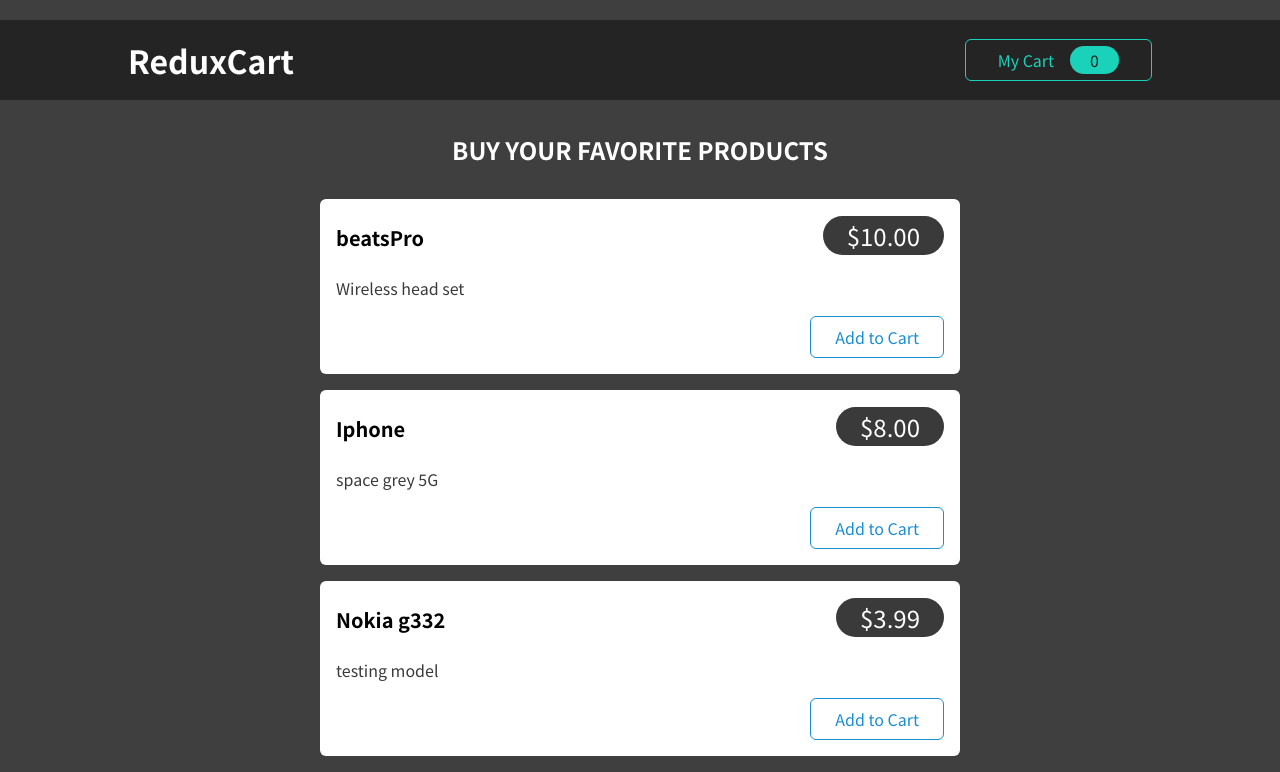
Repository: NamalPathirana/Redux-two-async
Page: /
An editor plug-in stored every save of this project. The page is shown before and after the next save, followed by the edit.
The browser window is 1280 px wide. The pictures show the whole page.
The page's requests for data from a server got no answer. The project was rebuilt for these pictures with package versions that can differ from the ones it lists, and the page was loaded fresh each time. No one was signed in, and anything a server would have sent is missing. Also part of the build but not shown: src/components/Cart/Cart.module.css, src/components/Cart/CartItem.module.css, src/components/Cart/CartItem.js, src/components/Cart/Cart.js.

Above is the page before, as saved 2022-04-14 23:42:00.

### src/index.js
import ReactDOM from 'react-dom/client';

import './index.css';
import App from './App';
import { Provider } from 'react-redux';
import store from './store/store';



const root = ReactDOM.createRoot(document.getElementById('root'));
root.render(<Provider store={store}><App /></Provider>);

### src/App.js
import Cart from "./components/Cart/Cart";
import Layout from "./components/Layout/Layout";
import Products from "./components/Shop/Products";
import { useSelector } from "react-redux";
import { Fragment, useEffect } from "react";
import Notification from "./components/UI/Notification";

function App() {
  const cart = useSelector((state) => {
    return state.cart;
  });

  const isVisible = useSelector((state) => state.ui.cartIsVisible);

  useEffect(() => {
    fetch(
      "https://react-http-demo-87b25-default-rtdb.firebaseio.com/cart.json",
      {
        method: "PUT",
        body: JSON.stringify(cart),
      }
    );
  }, [cart]);

  return (
    <Fragment>
      <Notification></Notification>
      <Layout>
        {isVisible && <Cart />}
        <Products />
      </Layout>
    </Fragment>
  );
}

export default App;

### src/store/store.js
import { configureStore } from "@reduxjs/toolkit";
import cartSlice from "./cart";
import UISlice from "./ui-slice";

const store = configureStore({
  reducer: {
    cart: cartSlice,
    ui: UISlice,
  },
});

export default store;

### src/components/Shop/Products.js
import ProductItem from "./ProductItem";
import classes from "./Products.module.css";
import { cartActions } from "../../store/cart";
import { useDispatch, useSelector } from "react-redux";

const Products = (props) => {
  const dispatch = useDispatch();

  const cartItems = useSelector((state) => state.cart.items);

  const productList = [
    {
      id: 1,
      name: "beatsPro",
      description: "Wireless head set",
      price: 10,
    },
    {
      id: 2,
      name: "Iphone",
      description: "space grey 5G",
      price: 8,
    },
    {
      id: 3,
      name: "Nokia g332",
      description: "testing model",
      price: 3.99,
    },
  ];

  const onClickHandler = (id) => {

    const clickedItem = productList.filter((item)=>{ return item.id===id});

    dispatch(
      cartActions.addItemToCart({
        item: {
          id: id,
          name:clickedItem[0].name,
          description: clickedItem[0].description,
          quantity: 1,
          price: clickedItem[0].price,
        },
      })
    );
  }

  return (
    <section className={classes.products}>
      <h2>Buy your favorite products</h2>
      <ul>
        {productList.map((item) => {
          return (
            <ProductItem
              title={item.name}
              price={item.price}
              description={item.description}
              id={item.id}
              onClick={onClickHandler}
            />
          );
        })}
      </ul>
    </section>
  );
};

export default Products;

### src/components/UI/Notification.js
import classes from "./Notification.module.css"

const Notification = (props) => {
  let specialClasses = '';

  if(props.status === 'error'){
      specialClasses = classes.error;
  }

  if(props.status === 'success'){
      specialClasses = classes.success;
  }

  const cssClasses = `${classes.notification} ${specialClasses}`;

  return (
    <section className={cssClasses}>
      <h2>{props.title}</h2>
      <p>{props.message}</p>
    </section>
  );
};

export default Notification;

### src/store/cart.js
import { createSlice } from "@reduxjs/toolkit";

// itemsTemplate = {items: [
//     {
//       id: 0,
//       name: "",
//       description: "",
//       quantity: 0,
//       price: 0,
//       totalPrice: 0,
//     },
//   ],}

const initialCartState = {
  items: [],
  totalAmount: 0.0,
  totalItems: 0,
};

const cartSlice = createSlice({
  name: "cart",
  initialState: initialCartState,
  reducers: {
    addItemToCart(state, actions) {
      if (actions.payload.item === null) return;

      const userEnteredItem = actions.payload.item;

      const existingItem = state.items.find(
        (item) => item.id === userEnteredItem.id
      );

      if (existingItem) {
        existingItem.quantity++;
        existingItem.totalPrice = existingItem.quantity * existingItem.price;
      } else {
        state.items.push({
          id: userEnteredItem.id,
          name: userEnteredItem.name,
          description: userEnteredItem.description,
          quantity: userEnteredItem.quantity,
          price: userEnteredItem.price,
          totalPrice: userEnteredItem.price * userEnteredItem.quantity,
        });
      }

      state.totalItems = state.items.reduce((previousValue, currentItem) => {
        return previousValue + currentItem.quantity;
      }, 0);

      state.totalAmount = state.items.reduce((previousValue, currentItem) => {
        return previousValue + currentItem.totalPrice;
      }, 0);
    },
    increaseQuantity(state, actions) {
      const existingItem = state.items.find(
        (item) => item.id === actions.payload.id
      );
      existingItem.quantity++;
      existingItem.totalPrice = existingItem.price * existingItem.quantity;

      state.totalItems = state.items.reduce((previousValue, currentItem) => {
        return previousValue + currentItem.quantity;
      }, 0);
      state.totalAmount = state.items.reduce((previousValue, currentItem) => {
        return previousValue + currentItem.totalPrice;
      }, 0);
    },
    decreaseQuantity(state, actions) {
      const existingItem = state.items.find(
        (item) => item.id === actions.payload.id
      );

      existingItem.quantity--;
      existingItem.totalPrice = existingItem.price * existingItem.quantity;
      state.totalItems = state.items.reduce((previousValue, currentItem) => {
        return previousValue + currentItem.quantity;
      }, 0);
      state.totalAmount = state.items.reduce((previousValue, currentItem) => {
        return previousValue + currentItem.totalPrice;
      }, 0);

      if (existingItem.quantity === 0)
        state.items = state.items.filter((item) => item.id !== existingItem.id);
    },
  },
});

export const cartActions = cartSlice.actions;

export default cartSlice.reducer;

### src/store/ui-slice.js
import { createSlice } from "@reduxjs/toolkit";

const initialUIState = {
    cartIsVisible:false
}

const UISlice = createSlice({
    name:'ui',
    initialState:{initialUIState},
    reducers:{
        toggle(state){
            state.cartIsVisible = !state.cartIsVisible;
        }
    }
});

export const UIActions = UISlice.actions;

export default UISlice.reducer;

### src/components/Shop/ProductItem.js
import Card from "../UI/Card";
import classes from "./ProductItem.module.css";

const ProductItem = (props) => {
  const { title, price, description, id } = props;

  return (
    <li className={classes.item}>
      <Card>
        <header>
          <h3>{title}</h3>
          <div className={classes.price}>${price.toFixed(2)}</div>
        </header>
        <p>{description}</p>
        <div className={classes.actions}>
          <button onClick={props.onClick.bind(null,id)}>Add to Cart</button>
        </div>
      </Card>
    </li>
  );
};

export default ProductItem;

### src/components/UI/Notification.module.css
.notification{
    background-color: #1a8ed1;

}

### src/components/Cart/CartButton.js
import classes from "./CartButton.module.css";
import { useSelector, useDispatch } from "react-redux";
import { UIActions } from "../../store/ui-slice";

const CartButton = () => {
  const dispatch = useDispatch();

  const cartItemCount = useSelector((state) => {
    return state.cart.totalItems;
  });

  const cartToggleHandler = () => {
    dispatch(UIActions.toggle());
  };

  return (
    <button className={classes.button} onClick={cartToggleHandler}>
      <span>My Cart</span>
      <span className={classes.badge}>{cartItemCount}</span>
    </button>
  );
};

export default CartButton;

Loaded but not shown: public/index.html (common file); src/index.css (common file); src/components/Layout/Layout.js (common file); src/components/UI/Card.js (common file); src/components/Layout/MainHeader.js (common file); src/components/Shop/Products.module.css (common file); src/components/UI/Card.module.css (common file); src/components/Layout/MainHeader.module.css (common file); src/components/Shop/ProductItem.module.css (common file); src/components/Cart/CartButton.module.css (common file)

After the next save:
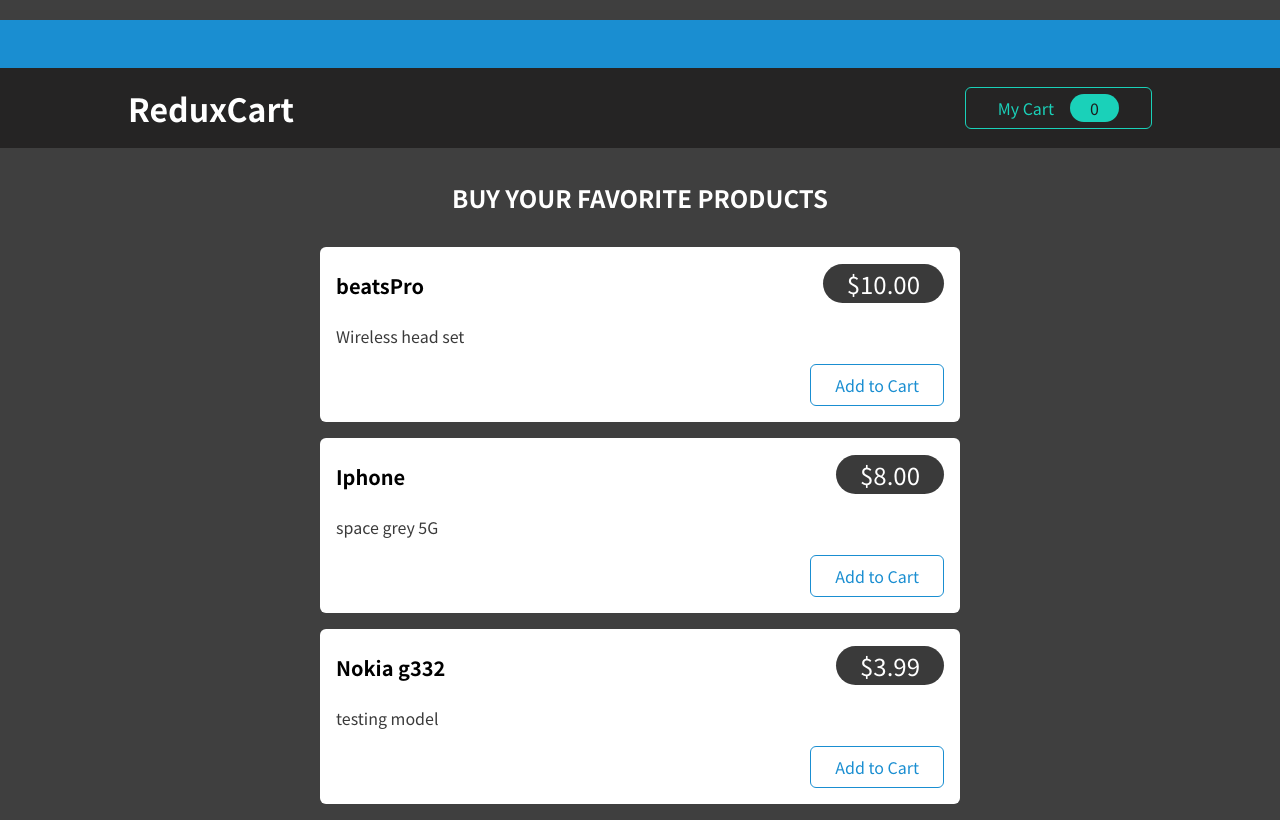
Saved 22 s later.
--- a/src/components/UI/Notification.module.css
+++ b/src/components/UI/Notification.module.css
@@ -1,4 +1,5 @@
 .notification{
     background-color: #1a8ed1;
-
+    width: 100%;
+    height: 3rem;
 }
